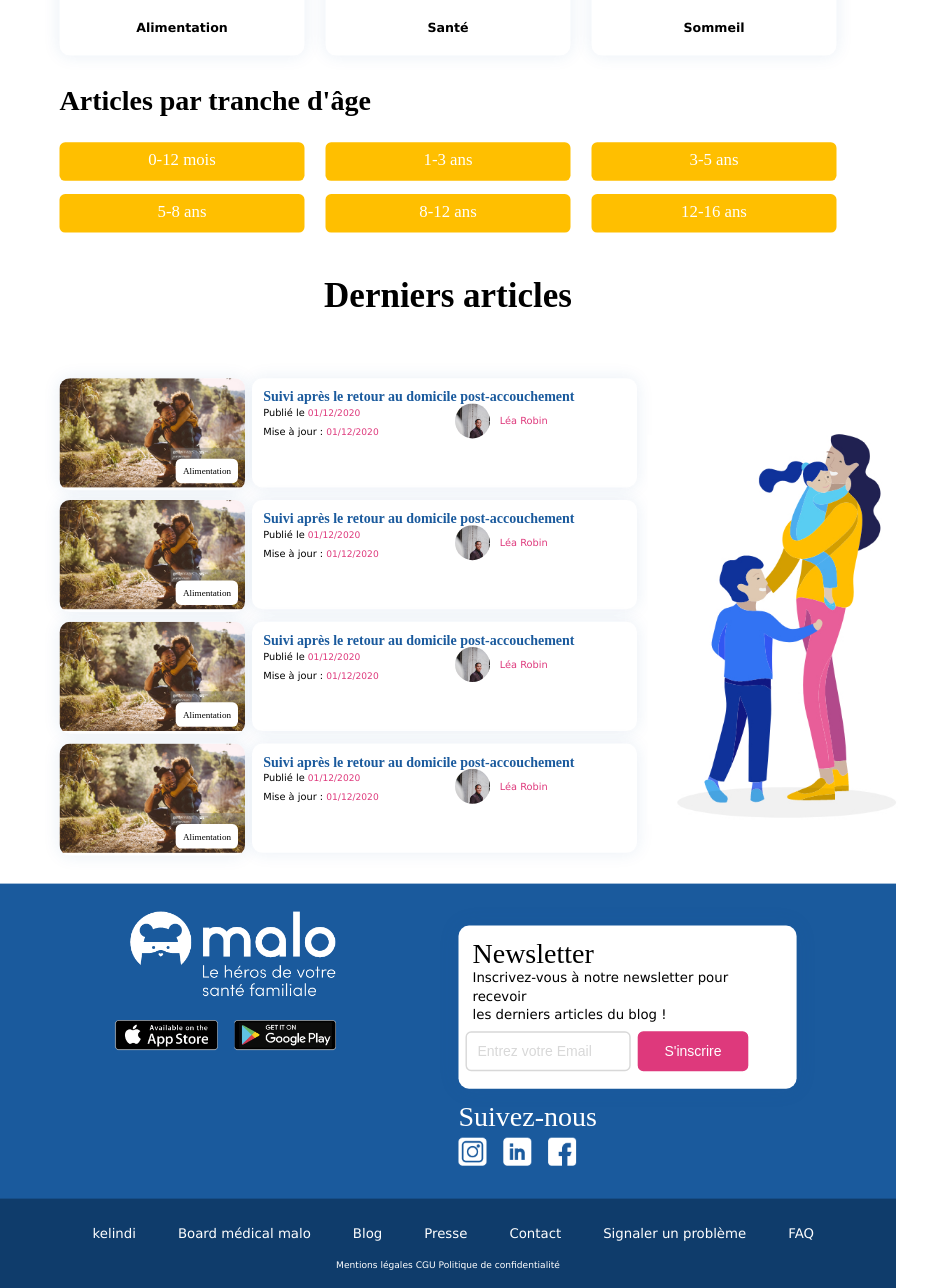
Repository: carbone-dev/keli-malo
Page: blog.html
The author's editor kept a copy of each file at every save. The page is drawn from the files as they stood at one save, then again after the next save.
The browser window is 1280 px wide. The page is 1342 px wide, so the pictures cover 1342 px, including what lies to the right of the window. The pictures show the part of the page from y = 816 to 2656 px (the page is 2656 px tall), at 70% of full size.

Above is the page before, as saved 2020-12-10 21:29:54.

After the next save:
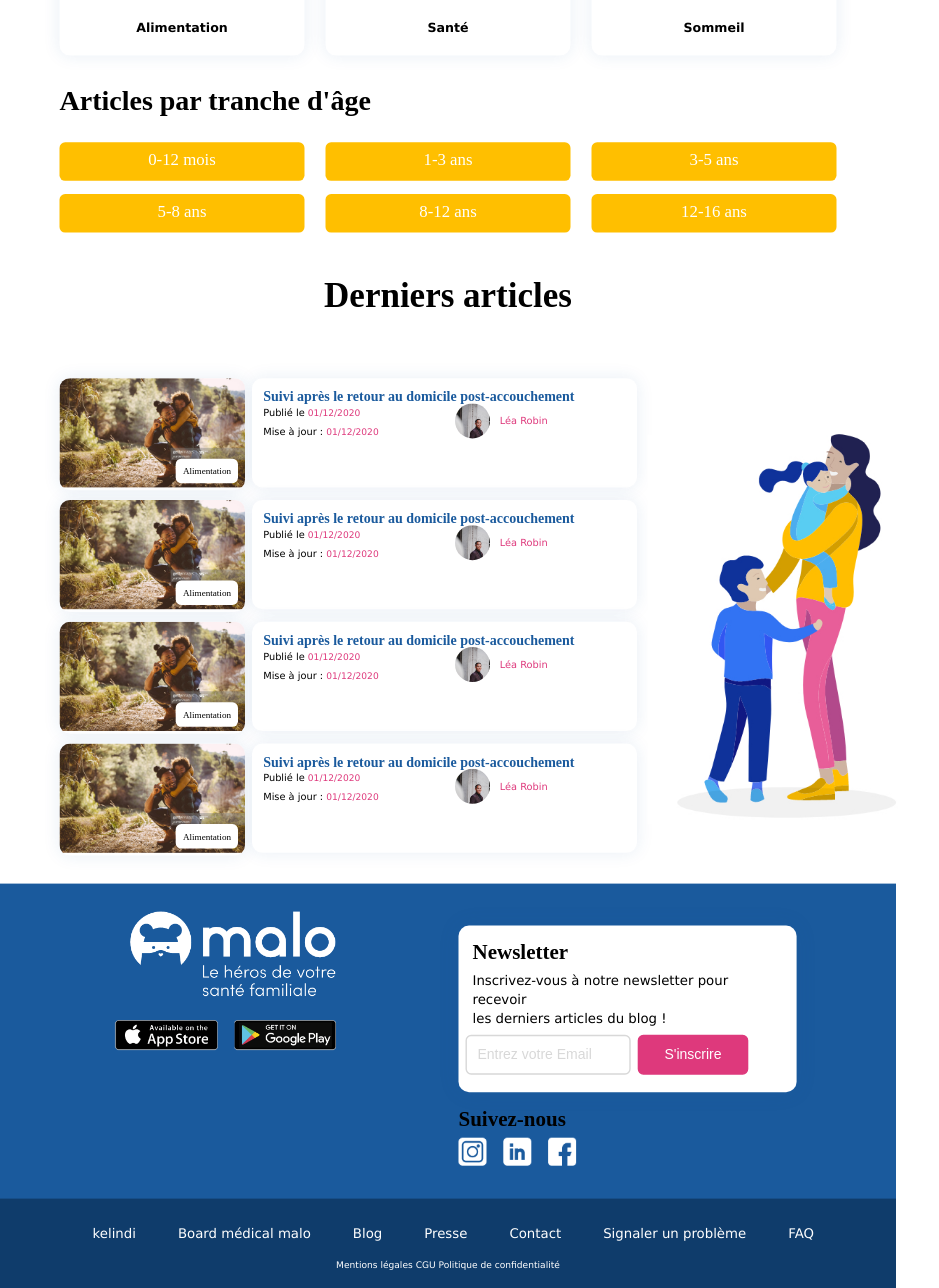
Saved 12 h 49 min later.
--- a/blog.html
+++ b/blog.html
@@ -280,47 +280,47 @@
 
 
     <div class="footer mt-10">
-        <div class="logo-popup row center-p">
-            <div class="logo-boutton center col-md-6">
-                <img src="img/logo-footer.png" width="50%"><br>
-                <div class="img-boutton">
-                    <a href="#"><img src="img/app-store.png"></a>
-                    <a href="#"><img src="img/google-play.png"></a>
-                </div>
-            </div>
-            <div class="popup-icon col-md-5 left center-p">
-                <div class="box-shadow news-letter">
-                    <h3>Newsletter</h3>
-                    <p>Inscrivez-vous à notre newsletter pour recevoir <br>les derniers articles du blog !</p>
-                    <div class="row center-p">
-                        <input type="email" name="mail" placeholder="Entrez votre Email"
-                            class="formulaire mail-footer col-md-6 col-6">
-                        <input type="submit" value="S'inscrire" class="formulaire boutton-footer col-md-4 col-4">
-                    </div>
-                </div>
-                <div class="suivez-footer">
-                    <h3>Suivez-nous</h3>
-                    <a href="#"><img src="img/instagram-footer.png"></a>
-                    <a href="#"><img src="img/linkedin-footer.png"></a>
-                    <a href="#"><img src="img/facebook-footer.png"></a>
-                </div>
-
-
-            </div>
-        </div>
-        <div class="menu-footer center">
-            <ul class="row center">
-                <li><a href="#">kelindi </a></li>
-                <li><a href="#">Board médical malo </a></li>
-                <li><a href="#">Blog </a></li>
-                <li><a href="#">Presse </a></li>
-                <li><a href="#">Contact </a></li>
-                <li><a href="#">Signaler un problème </a></li>
-                <li><a href="#">FAQ </a></li>
-            </ul>
-            <p><span>Mentions légales CGU Politique de confidentialité</span></p>
-        </div>
-    </div>
+		<div class="logo-popup row center-p">
+			<div class="logo-boutton center col-md-6">
+				<img src="img/logo-footer.png" width="50%"><br>
+				<div class="img-boutton">
+					<a href="#"><img src="img/app-store.png"></a>
+					<a href="#"><img src="img/google-play.png"></a>
+				</div>
+			</div>
+			<div class="popup-icon col-md-5 left center-p">
+				<div class="box-shadow news-letter">
+					<h4>Newsletter</h4>
+					<p>Inscrivez-vous à notre newsletter pour recevoir <br>les derniers articles du blog !</p>
+					<div class="row center-p">
+						<input type="email" name="mail" placeholder="Entrez votre Email"
+							class="formulaire mail-footer col-md-6 col-6">
+						<input type="submit" value="S'inscrire" class="formulaire boutton-footer col-md-4 col-4">
+					</div>
+				</div>
+				<div class="suivez-footer">
+					<h4>Suivez-nous</h4>
+					<a href="#"><img src="img/instagram-footer.png"></a>
+					<a href="#"><img src="img/linkedin-footer.png"></a>
+					<a href="#"><img src="img/facebook-footer.png"></a>
+				</div>
+
+
+			</div>
+		</div>
+		<div class="menu-footer center">
+			<ul class="row center ">
+				<li><a href="#">kelindi </a></li>
+				<li><a href="#">Board médical malo </a></li>
+				<li><a href="#">Blog </a></li>
+				<li><a href="#">Presse </a></li>
+				<li><a href="#">Contact </a></li>
+				<li><a href="#">Signaler un problème </a></li>
+				<li><a href="#">FAQ </a></li>
+			</ul>
+			<p><span>Mentions légales CGU Politique de confidentialité</span></p>
+		</div>
+	</div>
 </body>
 
 </html>
